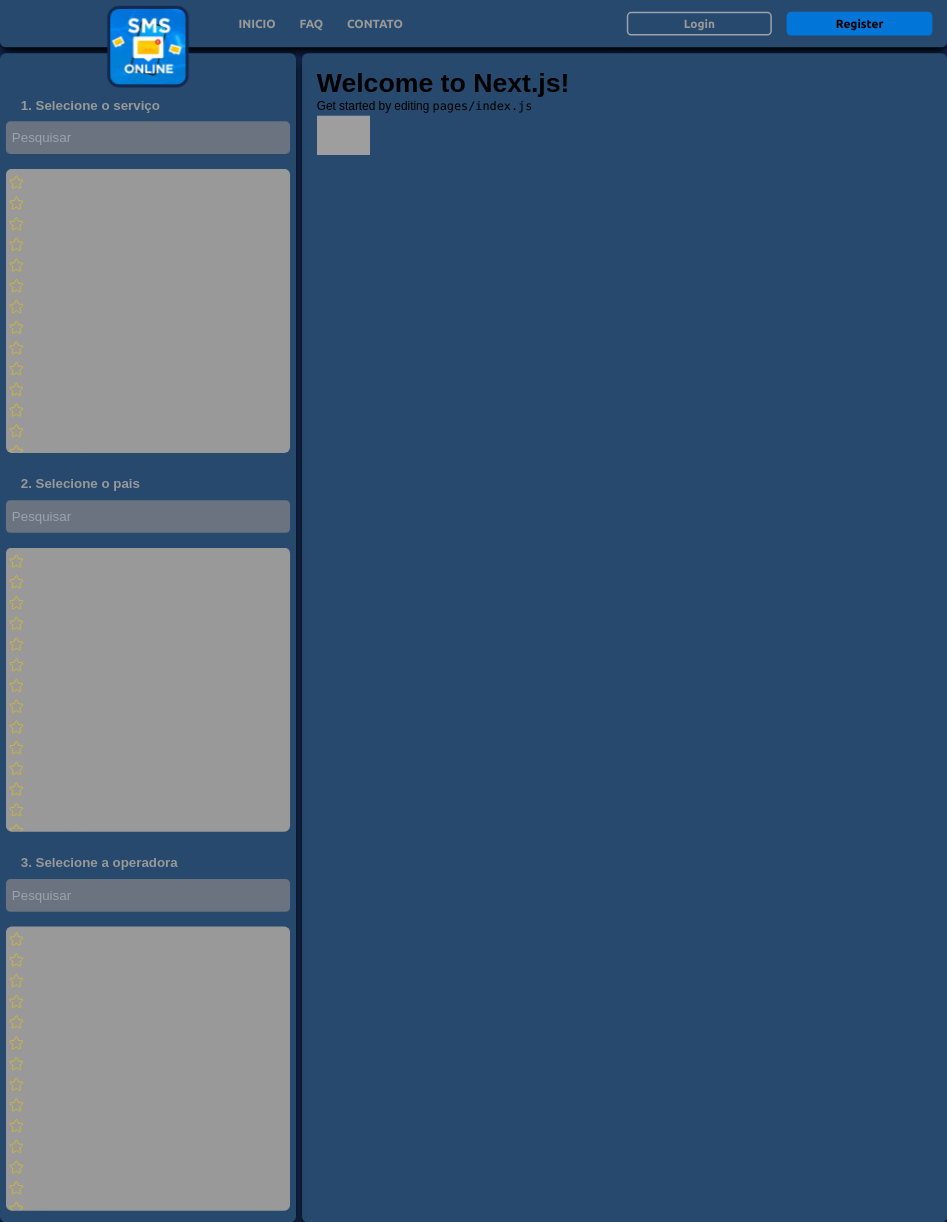
Repository: Felipe-Henrique-Dev/-DIOGO-SMS
Page: /
These files come from the project's save history. The page is drawn as it stood at one moment and after the next save; the edit follows.
The browser window is 1280 px wide. The pictures show the whole page, at 74% of full size.
Pictures or frames that could not be fetched are drawn as grey boxes. The project was rebuilt for these pictures with package versions that can differ from the ones it lists, and the page was loaded fresh each time. The framework's server and built-in components were replaced by stand-ins that run in the browser. Also part of the build but not shown: next.config.ts.

Above is the page before, as saved 2024-12-16 22:43:53.

### src/app/layout.tsx
import type { Metadata } from "next";
import "./globals.css";
import Header from "@/components/main/Header";
import Main from "@/components/main/Main";
import WebApp from "@/components/main/WebApp";



export const metadata: Metadata = {
  title: "Create Next App",
  description: "Generated by create next app",
};

export default function RootLayout({
  children,
}: Readonly<{
  children: React.ReactNode;
}>) {
  return (
    <html lang="pt-br">
      <body className={`antialiased`}>
        <Header />
        <Main>
          <WebApp />
          {children}
        </Main>
      </body>
    </html>
  );
}

### src/app/page.tsx
import Section from "@/components/main/Section";
import Image from "next/image";

export default function Home() {
  return (
    <Section>
      <h1 className="text-4xl font-bold text-center">Welcome to Next.js!</h1>
      <p className="text-center">
        Get started by editing <code>pages/index.js</code>
      </p>
      <Image
        src="/vercel.svg"
        alt="Vercel Logo"
        width={72}
        height={16}
      />
    </Section>
  );
}

### src/app/globals.css
@import url('https://fonts.googleapis.com/css2?family=Ubuntu:wght@500;700&display=swap');
@tailwind base;
@tailwind components;
@tailwind utilities;


:root {
  --background: hsl(220, 60%, 20%);
  --background-secondary: hsl(211, 47%, 29%);
  --tertiary: hsl(0, 0%, 60%);
  --primary_text: hsl(0, 0%, 100%);
  --foreground: #171717;
  --color-primary: #000;
  --color-secondary: hsl(208, 98%, 43%);
}


body {
  color: var(--tertiary);
  background: var(--background);
  font-family: Arial, Helvetica, sans-serif;
}

::-webkit-scrollbar {
  width: 8px;
  height: 10px;
}

::-webkit-scrollbar-track {
  background-color: var(--background);
}

::-webkit-scrollbar-thumb {
  background: var(--color-secondary);
  border-radius: 10px;
}

::-webkit-scrollbar-thumb:hover {
  background-color: var(--color-highlight-hover);
}

### src/components/main/Header.tsx
import React from "react";
import { Button } from "./Button";


export default function Header() {
  return (
    <header className="h-16 bg-background_secondary shadow-lg shadow-black max-w-screen-2xl m-auto top-0 items-center justify-between  flex rounded-b-lg px-5 z-[99] ">
        <span className="text-white text-lg font-bold"></span>
        <nav className="flex gap-8 uppercase font-bold font-ubuntu ">
            <a href="#" className="">Inicio</a>
            <a href="#" className="">FAQ</a>
            <a href="#" className="">Contato</a>
        </nav>
        <div className="container flex justify-between items-center w-1/3 gap-5">
            <Button type="button" size="sm" className="text-tertiary" isLoading={false} bgColor="none">Login</Button>
            <Button type="button" size="sm" isLoading={false} bgColor="primary">
                Register
            </Button>
        </div>
    </header>
  );
}

### src/components/main/Main.tsx
import React from "react";

export default function Main({
  children,
}: Readonly<{
  children: React.ReactNode;
}>) {
  return (
    <main className="container max-w-screen-2xl mx-auto flex pt-2 gap-2 ">
      {children}
    </main>
  );
}

### src/components/main/WebApp.tsx
'use client'
import React from "react";
import { Input } from "./Input";
import { useForm } from "react-hook-form"
import Image from "next/image";
export default function WebApp() {
  const [selectService, setSelectService] = React.useState<{ title: string; valor: number; numberDispobilize: number; id: string } | null>(null);
  const [selectCountry, setSelectCountry] = React.useState<{ title: string; valor: number; numberDispobilize: number; id: string } | null>(null);
  const [selectOperator, setSelectOperator] = React.useState<{ title: string; valor: number; numberDispobilize: number; id: string } | null>(null);

  return (
    <aside className="min-w-[25rem] min-h-[90svh] shadow-lg shadow-black bg-background_secondary text-pri sticky left-0 top-[4.5rem] rounded-lg flex flex-col p-2 gap-5  pt-14 z-[999]">
      <Image src="/logo.webp" alt="Logo" width={110} height={110} className="rounded-2xl absolute -top-16 transform -translate-x-1/2 left-1/2 z-[99] border-4 border-background " />
      <Container subTitle="1. Selecione o serviço" list={list} select={selectService} setSelect={setSelectService} />
      <Container subTitle="2. Selecione o pais" list={list} select={selectCountry} setSelect={setSelectCountry} />
      <Container subTitle="3. Selecione a operadora" list={list} select={selectOperator} setSelect={setSelectOperator} />
    </aside>
  );
}


const Container = ({
  list,
  subTitle,
  select,
  setSelect
}: {
  subTitle: string;
  select?: { title: string; valor: number; numberDispobilize: number; id: string } | null;
  setSelect: React.Dispatch<React.SetStateAction<{ title: string; valor: number; numberDispobilize: number; id: string } | null>>;
  list: { title: string; valor: number; numberDispobilize: number; id: string }[];
}) => {
  const { register, watch } = useForm();
  const filter = (watch("filter") || "").toLowerCase();
  const [favorites, setFavorites] = React.useState<string[]>([]);
  const [loading, setLoading] = React.useState<boolean>(true);

  React.useEffect(() => {
    const storedFavorites = JSON.parse(localStorage.getItem("favorites") || "[]");
    setFavorites(storedFavorites);
    setLoading(false);
  }, []);

  const setFavoriteInStorage = (item: string) => {
    const newFavorites = favorites.includes(item)
      ? favorites.filter(favorite => favorite !== item)
      : [...favorites, item];

    setFavorites(newFavorites);
    localStorage.setItem("favorites", JSON.stringify(newFavorites));
  };

  // Primeiro filtrar e ordenar a lista antes do map
  const filteredAndSortedList = React.useMemo(() => {
    return list
      .filter(item => item.title.toLowerCase().includes(filter))
      .sort((a, b) => {
        const aFav = favorites.includes(a.id);
        const bFav = favorites.includes(b.id);
        if (aFav && !bFav) return -1;
        if (!aFav && bFav) return 1;
        return 0;
      });
  }, [list, filter, favorites]);

  if (loading) return <div>Carregando...</div>;

  return (
    <div className="flex flex-col gap-2  ">
      <span className="text-lg font-bold w-full text-start px-5">{subTitle}</span>
      {
        select ?
          <div className="flex w-full bg-slate-300 rounded-lg h-10 items-center justify-start px-5 gap-5 ">
            <button onClick={() => setSelect(null)} className="flex items-center justify-center gap-2 h-8 min-w-8 rounded-xl border-red-500 border-[1px] text-black">X</button>
            <span className="text-lg font-bold min-w-8 h-8 rounded-full text-center bg-white ">I</span>
            <span className="text-lg font-bold w-auto text-center">{select.title}</span>
          </div>
        :
        <>
          <Input type="text" placeholder="Pesquisar" size="lg" register={register("filter")} />
          <div className="h-96 bg-tertiary w-full my-2 overflow-x-auto scroll-smooth rounded-lg p-1 ">
            {filteredAndSortedList.map((item) => (
              <div className="w-full flex items-center justify-start gap-2" key={item.id}>
                <Stars
                  stars={favorites.includes(item.id)}
                  setFavorite={() => setFavoriteInStorage(item.id)}
                />
                <button className="flex flex-col" onClick={() => setSelect(item)}>
                  <span className="text-lg font-bold w-full text-center">{item.title}</span>
                </button>
              </div>
            ))}
          </div>
        </>
      }
    </div>
  );
};



const list = [
  {
    id: "1",
    title: "Serviço 1",
    valor: 10.00,
    numberDispobilize: 6000,
  },
  {
    id: "2",
    title: "Serviço 2",
    valor: 20.00,
    numberDispobilize: 5000,
  },
  {
    id: "3",
    title: "Serviço 3",
    valor: 30.00,
    numberDispobilize: 4000,
  },
  {
    id: "4",
    title: "Serviço 4",
    valor: 40.00,
    numberDispobilize: 3000,
  },
  {
    id: "5",
    title: "Serviço 5",
    valor: 50.00,
    numberDispobilize: 2000,
  },
  {
    id: "6",
    title: "Serviço 6",
    valor: 60.00,
    numberDispobilize: 1000,
  },
  {
    id: "7",
    title: "Serviço 7",
    valor: 70.00,
    numberDispobilize: 900,
  },
  {
    id: "8",
    title: "Serviço 8",
    valor: 80.00,
    numberDispobilize: 800,
  },
  {
    id: "9",
    title: "Serviço 9",
    valor: 90.00,
    numberDispobilize: 700,
  },
  {
    id: "10",
    title: "Serviço 10",
    valor: 100.00,
    numberDispobilize: 600,
  },
  {
    id: "11",
    title: "Serviço 11",
    valor: 110.00,
    numberDispobilize: 500,
  },
  {
    id: "12",
    title: "Serviço 12",
    valor: 120.00,
    numberDispobilize: 400,
  },
  {
    id: "13",
    title: "Serviço 13",
    valor: 130.00,
    numberDispobilize: 300,
  },
  {
    id: "14",
    title: "Serviço 14",
    valor: 140.00,
    numberDispobilize: 200,
  },
  {
    id: "15",
    title: "Serviço 15",
    valor: 150.00,
    numberDispobilize: 100,
  }
];

const Stars = ({stars, setFavorite} : {stars: boolean, setFavorite: () => void}) => {
  return (
      <>
          {
              !stars?
              <svg width="20" height="20" viewBox="0 0 13 12" fill="none" xmlns="http://www.w3.org/2000/svg" onClick={setFavorite} className="cursor-pointer" >
                  <path d="M6.49956 9.51326L9.26623 11.1866C9.77289 11.4933 10.3929 11.0399 10.2596 10.4666L9.52623 7.31992L11.9729 5.19993C12.4196 4.81326 12.1796 4.07993 11.5929 4.03326L8.37289 3.75993L7.11289 0.786592C6.88623 0.246592 6.11289 0.246592 5.88623 0.786592L4.62623 3.75326L1.40623 4.02659C0.81956 4.07326 0.57956 4.80659 1.02623 5.19326L3.47289 7.31326L2.73956 10.4599C2.60623 11.0333 3.22623 11.4866 3.73289 11.1799L6.49956 9.51326Z" fill="none" stroke="#EFC900" strokeWidth="0.5"/>
              </svg>
              :
              <svg width="20" height="20" viewBox="0 0 13 12" fill="none" xmlns="http://www.w3.org/2000/svg" onClick={setFavorite} className="cursor-pointer">
                  <path d="M6.49956 9.51326L9.26623 11.1866C9.77289 11.4933 10.3929 11.0399 10.2596 10.4666L9.52623 7.31992L11.9729 5.19993C12.4196 4.81326 12.1796 4.07993 11.5929 4.03326L8.37289 3.75993L7.11289 0.786592C6.88623 0.246592 6.11289 0.246592 5.88623 0.786592L4.62623 3.75326L1.40623 4.02659C0.81956 4.07326 0.57956 4.80659 1.02623 5.19326L3.47289 7.31326L2.73956 10.4599C2.60623 11.0333 3.22623 11.4866 3.73289 11.1799L6.49956 9.51326Z" fill="#EFC900"/>
              </svg>
          }
      </>
  );
}

### src/components/main/Section.tsx
import { cn } from "@/lib/utils";
import React from "react";

export default function Section({
  children,
  className
}: Readonly<{
  children: React.ReactNode;
  className?: string;
}>) {
  return (
    <section className={cn(
      "p-5 flex flex-col min-h-[90svh] bg-background_secondary w-full text-black items-start justify-start rounded-lg shadow-lg shadow-black",
      className
    )}>
      {children}
    </section>
  );
}

### src/components/main/Button.tsx
/* eslint-disable @typescript-eslint/no-explicit-any */
import { cn } from "@/lib/utils";
import React from "react";

export const Button = ({
    className,
    size = "md",
    onClick,
    children,
    type,
    isLoading,
    bgColor = "primary",
}:{
    type: 'button' | 'submit' | 'reset';
    onClick?: (event: React.MouseEvent<HTMLButtonElement>) => void;
    className?: string;
    children: React.ReactNode;
    size?: "sm" | "md" | "lg";
    isLoading: boolean;
    bgColor?: "primary" | "secondary" | "danger" | "none";
}) => {

    const sizes = {
        sm: "w-1/2 h-8 text-base",
        md: "w-3/4 h-10 text-lg",
        lg: "w-full h-14 text-xl",
    };

    const bgColors = {
        primary: "bg-secondary text-black",
        secondary: "bg-gray-500 text-white",
        danger: "bg-red-500 text-white",
        none: "bg-transparent text-black border-gray-400 border-2 "
    };

    return (
        <button
            type={type}
            onClick={onClick}
            className={cn(
                "p-2 rounded-md relative flex items-center justify-center font-bold font-ubuntu hover:scale-105 transition-transform duration-300",
                bgColors[bgColor],
                sizes[size],
                className
            )}
            disabled={isLoading}
        >
            {
                isLoading ? loading() : children
            }
        </button>
    );
}


const loading = () => {
    return (
        <div className="absolute inset-0 bg-gray-300 bg-opacity-50 flex items-center justify-center">
            <div className="animate-spin rounded-full h-12 w-12 border-t-2 border-b-2 border-gray-900"></div>
        </div>
    );
}

### src/components/main/Input.tsx
/* eslint-disable @typescript-eslint/no-unused-vars */
/* eslint-disable @typescript-eslint/no-explicit-any */
import { cn } from "@/lib/utils";
import React from "react";

export const Input = ({
    type,
    placeholder,
    classNameSpan,
    classNameLabel,
    classNameInput,
    label,
    size = "md",
    icon,
    register,
    bgColor = "secondary",
    labelIsHidden = false,
    name
}:{
    type: 'text' | 'password' | 'email';
    placeholder: string;
    classNameSpan?: string;
    classNameLabel?: string;
    classNameInput?: string;
    size?: "sm" | "md" | "lg";
    icon?: React.ReactNode;
    register?: any;
    label?: string;
    bgColor?: "primary" | "secondary" | "danger" | "none";
    labelIsHidden?: boolean;
    name?: string;
}) => {

    const sizes = {
        sm: "w-1/2 h-8 text-sm",
        md: "w-3/4 h-10 text-base",
        lg: "w-full h-12 text-lg",
    };

    const bgColors = {
        primary: "bg-blue-500 text-white",
        secondary: "bg-gray-500 text-white",
        danger: "bg-red-500 text-white",
        none: "bg-transparent text-black border-gray-300 border-2"
    };


    return (
        <span className={cn(
                "relative flex flex-col",
                sizes[size],
                classNameSpan,
        )}>
            {
                labelIsHidden &&
                <label className={cn(
                    classNameLabel
                )} >
                    {label}
                </label>
            }
            <input
                type={type}
                placeholder={placeholder}
                {...register}
                className={cn(
                    "p-2 rounded-md relative w-full",
                    classNameInput,
                    bgColors[bgColor]
                )}
            />
            {icon}
        </span>

    );
}

### tailwind.config.ts
import type { Config } from "tailwindcss";

export default {
  content: [
    "./src/pages/**/*.{js,ts,jsx,tsx,mdx}",
    "./src/components/**/*.{js,ts,jsx,tsx,mdx}",
    "./src/app/**/*.{js,ts,jsx,tsx,mdx}",
  ],
  theme: {
    extend: {
      colors: {
        background: "var(--background)",
        foreground: "var(--foreground)",
        background_secondary: "var(--background-secondary)",
        primary: "var(--primary)",
        secondary: "var(--color-secondary)",
        tertiary: "var(--tertiary)",

      },
      background : {
        background: "var(--background)",
        background_secondary: "var(--background-secondary)",
        foreground: "var(--foreground)",
      },
      fontFamily: {
        ubuntu: ["Ubuntu", "sans-serif"],
      },
    },
  },
  plugins: [],
} satisfies Config;


// .ubuntu-light {
//   font-family: "Ubuntu", sans-serif;
//   font-weight: 300;
//   font-style: normal;
// }

// .ubuntu-regular {
//   font-family: "Ubuntu", sans-serif;
//   font-weight: 400;
//   font-style: normal;
// }

// .ubuntu-medium {
//   font-family: "Ubuntu", sans-serif;
//   font-weight: 500;
//   font-style: normal;
// }

// .ubuntu-bold {
//   font-family: "Ubuntu", sans-serif;
//   font-weight: 700;
//   font-style: normal;
// }

// .ubuntu-light-italic {
//   font-family: "Ubuntu", sans-serif;
//   font-weight: 300;
//   font-style: italic;
// }

// .ubuntu-regular-italic {
//   font-family: "Ubuntu", sans-serif;
//   font-weight: 400;
//   font-style: italic;
// }

// .ubuntu-medium-italic {
//   font-family: "Ubuntu", sans-serif;
//   font-weight: 500;
//   font-style: italic;
// }

// .ubuntu-bold-italic {
//   font-family: "Ubuntu", sans-serif;
//   font-weight: 700;
//   font-style: italic;
// }

Loaded but not shown: src/lib/utils.ts (common file)

After the next save:
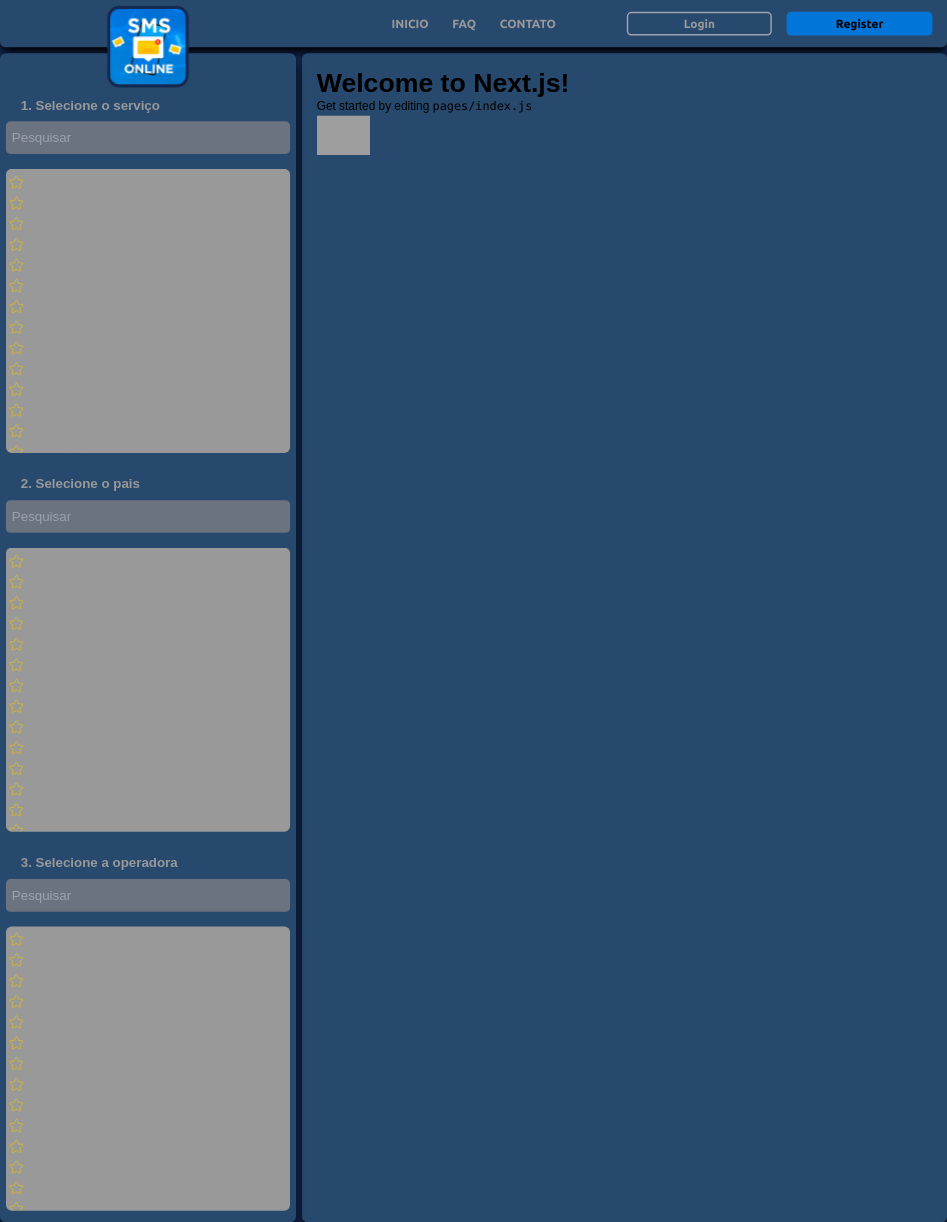
Saved 12 s later.
--- a/src/components/main/Header.tsx
+++ b/src/components/main/Header.tsx
@@ -5,7 +5,7 @@ import { Button } from "./Button";
 export default function Header() {
   return (
     <header className="h-16 bg-background_secondary shadow-lg shadow-black max-w-screen-2xl m-auto top-0 items-center justify-between  flex rounded-b-lg px-5 z-[99] ">
-        <span className="text-white text-lg font-bold"></span>
+        <span className="text-white text-lg w-1/3 font-bold"></span>
         <nav className="flex gap-8 uppercase font-bold font-ubuntu ">
             <a href="#" className="">Inicio</a>
             <a href="#" className="">FAQ</a>
